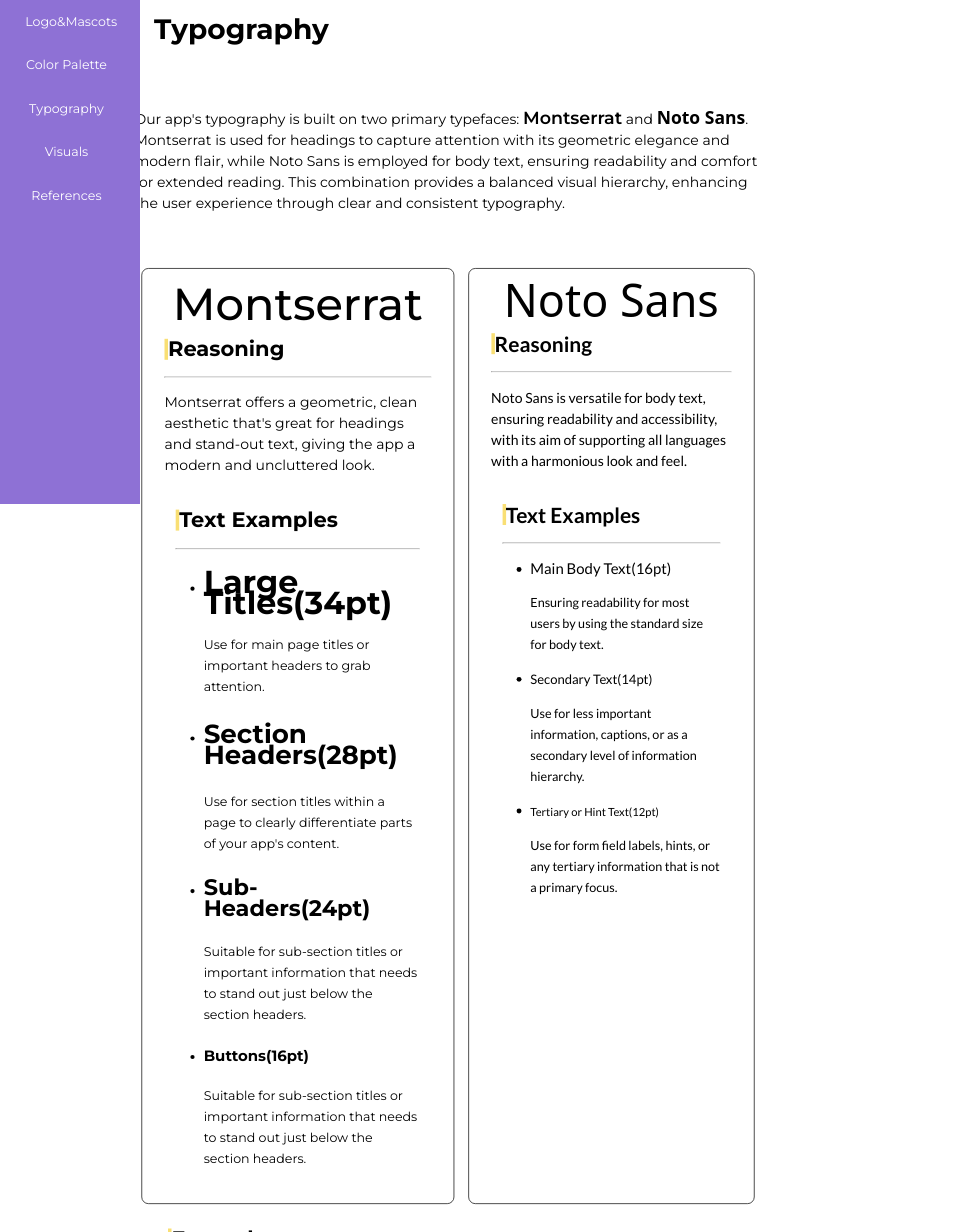
Repository: Irinalimm/PocketProfs-A5Styleguide
Page: pages/typography.html
These files come from the project's save history. The page is drawn as it stood at one moment and after the next save; the edit follows.
The browser window is 1280 px wide. The page is 1280 px wide, then 1380 px, so the pictures cover 1380 px, including what lies to the right of the window. The pictures show the part of the page from y = 0 to 1760 px (the page is 2530 px tall), at 70% of full size.
Some web libraries are served in a nearby version.

Above is the page before, as saved 2024-04-10 22:49:59.

### pages/typography.html
<!DOCTYPE html>
<html lang="en">

<head>
  <meta charset="UTF-8">
  <meta name="viewport" content="width=device-width, initial-scale=1.0">
  <link rel="icon" type="image/x-icon" href="/img/OSCAR-THE-OTTER_LOGO-FAVICON-48x48.ico">
  <link rel="stylesheet" href="/css/typography.css">
  <link rel="preconnect" href="https://fonts.googleapis.com">
  <link rel="preconnect" href="https://fonts.gstatic.com" crossorigin>
  <link href="https://fonts.googleapis.com/css2?family=Montserrat:ital,wght@0,100..900;1,100..900&display=swap"
    rel="stylesheet">
    <link rel="preconnect" href="https://fonts.googleapis.com">
<link rel="preconnect" href="https://fonts.gstatic.com" crossorigin>
<link href="https://fonts.googleapis.com/css2?family=Lato:ital,wght@0,100;0,300;0,400;0,700;0,900;1,100;1,300;1,400;1,700;1,900&display=swap" rel="stylesheet">
  <title>Typography</title>
</head>

<body>
  <div class="sidenav button-effect">
    <div class="link-container">
      <a class="effect effect-4" href="home.html">Logo&Mascots</a>
      <a class="effect effect-4" href="colour.html">Color Palette</a>
      <a class="effect effect-4" href="typography.html">Typography</a>
      <a class="effect effect-4" href="visuals.html">Visuals</a>
      <a class="effect effect-4" href="references.html">References</a>
    </div>
  </div>

  <div class="content">
    <h1 class="header">Typography</h1>
  </div>

  <div class="typography-container">
    <div class="description">
    <p>Our app's typography is built on two primary typefaces: <span class="montserrat">Montserrat</span> and <span class="noto">Noto Sans</span>. <br/>
      Montserrat is used for headings to capture attention with its geometric elegance and modern flair, while Noto Sans is employed for body text, ensuring readability and comfort for extended reading. This combination provides a balanced visual hierarchy, enhancing the user experience through clear and consistent typography.</p>
    </div>
    <div class="two-blocks">
    <div class="container">
        <h3 class="font-header">Montserrat</h3>
      <div class="container-text">
        <div className="reasoning"><h2>Reasoning</h2></div>
        <hr/>
        <p> Montserrat offers a geometric, clean aesthetic that's great for headings and stand-out text, giving the app a modern and uncluttered look.</p>
      </div>
      <div class="example-content">
        <div class="sample-text">
          <h2>Text Examples</h2>
          <hr/>
          <div class="header-text">
            <ul>
              <li>
                <h1 style="font-size: 34pt; font-weight: bold">Large Titles(34pt)</h1>
              <p style="font-size: 18px;font-weight:400">Use for main page titles or important headers to grab attention.
              </p>
            </li>
              <li>
                <h3 style="font-size: 28pt; font-weight: bold" >Section Headers(28pt)</h3>
              <p style="font-size: 18px;font-weight:400">Use for section titles within a page to clearly differentiate parts of your app's content.</p>
            </li>
              <li><h3 style="font-size: 24pt; font-weight: bold">Sub-Headers(24pt)</h3>
                <p style="font-size: 18px;font-weight:400">Suitable for sub-section titles or important information that needs to stand out just below the section headers.</p>
              </li>
              <li><h4 style="font-size: 16pt; font-weight: semi-bold">Buttons(16pt)</h3>
                <p style="font-size: 18px;font-weight:400">Suitable for sub-section titles or important information that needs to stand out just below the section headers.</p>
              </li>
            </ul>
          </div>
        </div>
      </div>
    </div>
    <div class="container">
        <h3 class="font-header2">Noto Sans</h3>
      <div class="container-text">
        <div className="reasoning"><h2>Reasoning</h2>
        <hr/></div>
        <p>Noto Sans is versatile for body text, ensuring readability and accessibility,  with its aim of supporting all languages with a harmonious look and feel.</p>
      </div>
      <div class="example-content">
        <div class="sample-text">
          <h2 className="heading">Text Examples</h2>
          <hr/>
          <div class="header-text">
            <ul>
              <li>
                <h1 style="font-size: 16pt; font-weight: 400">Main Body Text(16pt)</h1>
              <p style="font-size: 18px;font-weight:400">Ensuring readability for most users by using the standard size for body text.</p>
            </li>
              <li>
                <h3 style="font-size: 14pt; font-weight: 400;" >Secondary Text(14pt)</h3>
              <p style="font-size: 18px;font-weight:400">Use for less important information, captions, or as a secondary level of information hierarchy.</p>
            </li>
              <li><h3 style="font-size: 12pt; font-weight: 400">Tertiary or Hint Text(12pt)</h3>
                <p style="font-size: 18px;font-weight:400">Use for form field labels, hints, or any tertiary information that is not a primary focus.</p>
              </li>
            </ul>
          </div>
        </div>
      </div>
    </div>
  </div>
  <div class="component-examples">
    <div className="heading"><h2>Examples</h2><hr class="break"/></div>
    <div className="example-box">
      <img src='/img/examples.png' alt="Usage Examples" class="examples"/>
    </div>
  </div>

  <div class="background-circles">
    <div class="circle circle-1"></div>
    <div class="circle circle-2"></div>
  </div>

  <footer></footer>
  <script src="https://kit.fontawesome.com/d1051c85c7.js" crossorigin="anonymous"></script>
</body>

</html>

### css/typography.css
* {
  box-sizing: border-box;
}

body {
  margin: 0;
  font-family: "Montserrat", sans-serif;
  font-size: 20px;
  line-height: 30px;
  display: flex;
  flex-direction: column;
  animation: 1s ease-out 0s 1 slideInFromLeft;
}

h2{
  border-left: 5px solid #f9df74;
  margin: 0, 1.5rem;
}
/* Style the side navigation */
.sidenav {
  height: 100%;
  width: 200px;
  position: fixed;
  z-index: 1;
  top: 0;
  left: 0;
  background-color: rgb(142,113,213);
  overflow-x: hidden;
  animation: 1s ease-out 0s 1 slideInFromLeft;
}

.heading{
margin: 2rem;
}

/* Side navigation links */
.sidenav a {
  color: white;
  padding: 16px;
  text-decoration: none;
  display: block;
  margin-left: 20px;
}

/* Change color on hover */
.sidenav a:hover {
  background-color: rgb(180,158,244);
  color: black;
}

/* Style the content */
.content {
  margin-left: 200px;
  padding-left: 20px;

}

.rubrik {
  text-align: left;
  margin-left: 200px;
  padding-left: 20px;
}

.container {
    display:inline-block;
    flex-direction: column;
    border-radius: 10px;
    border: 1px solid black;
    margin:10px;
}

.reasoning{
  border-left: black solid 2px;
}

.container-text{
  margin:2rem;
}

.container:nth-child(2){
  font-family: "Lato", "sans-serif";
}

.button:nth-child(2){
  font-family: "Lato", sans-serif;
  font-weight: 300;
}

.example-content{
  margin: 3rem;
}

.typography-container{
  display: flex;
  flex-direction: column ;
}

.description{
  margin: 3rem;
  font-size: 20px;
  width: 70%;
  align-self: center;
}

.two-blocks{
  display: flex;
  align-self: center;
  flex-direction: row;
  width:70%;
}

.font-header{
  font-size: 64px;
  text-align: center;
  margin:35px;
  font-family: "Montserrat", "sans-serif";
  font-weight: 500;
}
.font-header2{
  font-family: "Noto Sans", "sans-serif";
  font-size: 64px;
  text-align: center;
  margin:30px;
  font-weight: 300;
  font-weight: 500;
}
.lato-thin {
  font-family: "Noto Sans", sans-serif;
  font-weight: 100;
  font-style: normal;
}

.lato-light {
  font-family: "Noto Sans", sans-serif;
  font-weight: 300;
  font-style: normal;
}

.lato-regular {
  font-family: "Noto Sans", sans-serif;
  font-weight: 400;
  font-style: normal;
}

.lato-bold {
  font-family: "Lato", sans-serif;
  font-weight: 700;
  font-style: normal;
}

.lato-black {
  font-family: "Lato", sans-serif;
  font-weight: 900;
  font-style: normal;
}

.lato-thin-italic {
  font-family: "Lato", sans-serif;
  font-weight: 100;
  font-style: italic;
}

.lato-light-italic {
  font-family: "Noto Sans", sans-serif;
  font-weight: 300;
  font-style: italic;
}

.lato-regular-italic {
  font-family: "Noto Sans", sans-serif;
  font-weight: 400;
  font-style: italic;
}

.lato-bold-italic {
  font-family: "Noto Sans", sans-serif;
  font-weight: 700;
  font-style: italic;
}

.lato-black-italic {
  font-family: "Noto Sans", sans-serif;
  font-weight: 900;
  font-style: italic;
}

.noto{
  font-size: 25px;
  font-family: "Noto Sans", sans-serif;
  font-weight: 600;
}

.montserrat{
  font-size: 25px;
  font-weight: 600;
}

.button1{
  font-size: 16px;
  font-weight: 200;
  letter-spacing: 1px;
  padding: 13px 20px 13px;
  outline: 0;
  border: 1px solid black;
  cursor: pointer;
  position: relative;
  background-color: rgba(0, 0, 0, 0);
  user-select: none;
  -webkit-user-select: none;
  touch-action: manipulation;
}

.button1:after {
  content: "";
  background-color: #ffe54c;
  width: 100%;
  z-index: -1;
  position: absolute;
  height: 100%;
  top: 7px;
  left: 7px;
  transition: 0.2s;
}

.button1:hover:after {
  top: 0px;
  left: 0px;
}

.example-screen{
  width: 430px;
  height: 932px;
  border-left: black solid 0.5px;
}

.component-examples{
  display: flex;
  flex-direction: column;
  align-self: center;
  font-family: "Montserrat", "sans-serif";
}

.example-box{
  display: flex;
width: 100%;
}

.examples{
  width: 40em;
}



@media (min-width: 768px) {
  .button {
    padding: 13px 50px 13px;
  }
}

.effect {
  text-align: center;
  display: inline-block;
  position: relative;
  text-decoration: none;
  color: orange;
  text-transform: capitalize;
  /* background-color: - add your own background-color */
  font-family: 'Montserrat', sans-serif; /* put your font-family */
  font-size: 18px;
  padding: 20px 0px;
  width: 150px;
  border-radius: 10px;
  overflow: hidden;
}

.effect.effect-4 {
  transition: all 0.5s linear 0s;
  animation: fadeIn 2s ;
}

.effect.effect-4:before {
  content: "\f178";
  font-family: FontAwesome;
  display: flex;
  align-items: center;
  justify-content: center;
  position: absolute;
  top: 0;
  left: 0px;
  width: 100%;
  height: 100%;
  text-align: center;
  font-size: 30px;
  transform: scale(0,3);
  transition: all 0.1s linear 0s;
}

.effect.effect-4:hover {
  text-indent: -9999px;
}

.effect.effect-4:hover:before {
  transform: scale(1,1);
  text-indent: 0;
}



@keyframes fadeIn {
  from {
    opacity: 0;
  }
  to {
    opacity: 1;
  }
}

@keyframes slideInFromLeft {
  0% {
    transform: translateX(-100%);
  }
  100% {
    transform: translateX(0);
  }
}

After the next save:
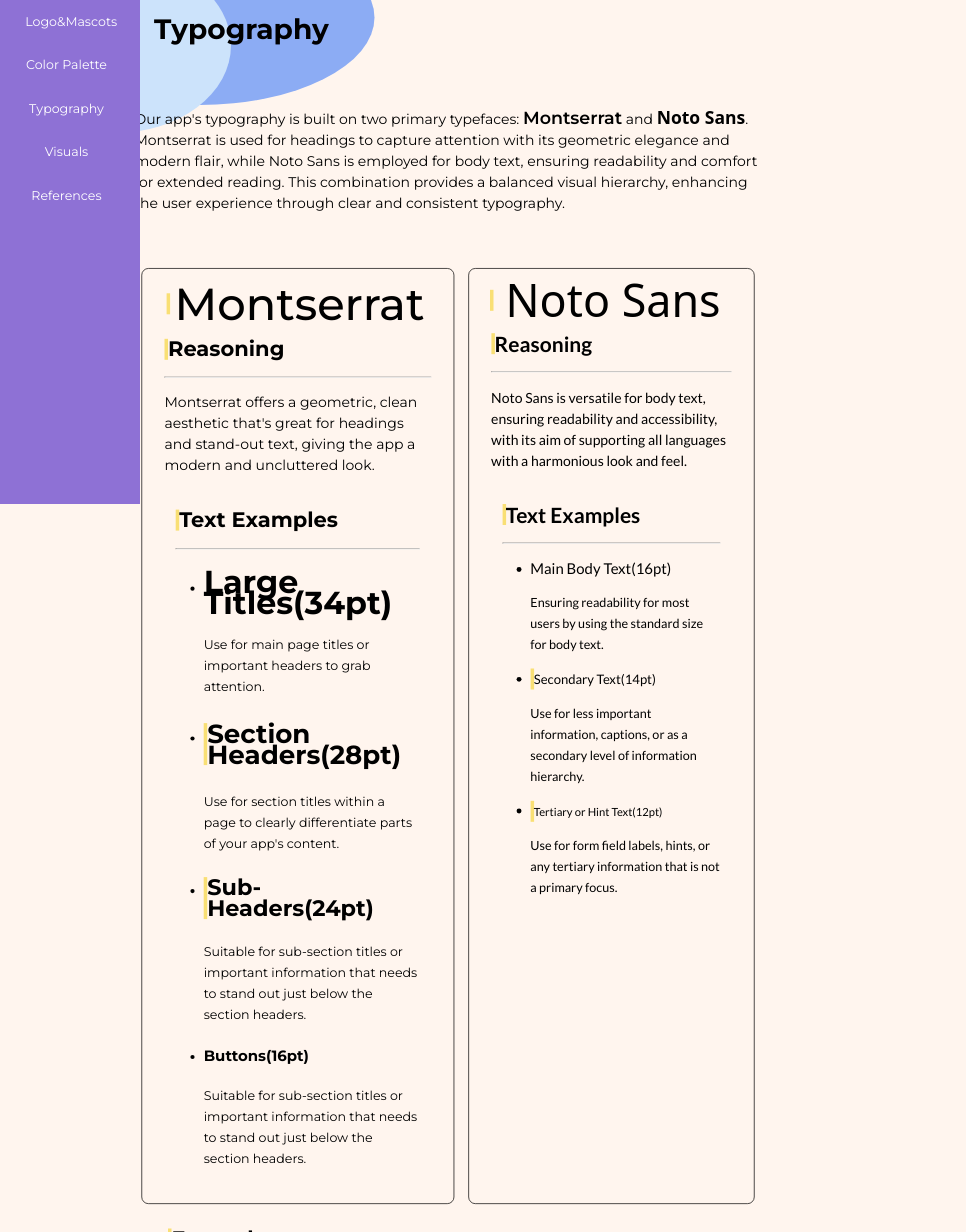
Saved 52 s later.
--- a/css/typography.css
+++ b/css/typography.css
@@ -10,9 +10,11 @@
   display: flex;
   flex-direction: column;
   animation: 1s ease-out 0s 1 slideInFromLeft;
-}
-
-h2{
+  background-color: #fff5ee;
+}
+
+h2,
+h3{
   border-left: 5px solid #f9df74;
   margin: 0, 1.5rem;
 }
@@ -247,6 +249,42 @@
 
 .examples{
   width: 40em;
+}
+
+.circle-content {
+  position: relative;
+  z-index: 1;
+  padding: 20px;
+}
+
+.background-circles {
+  position: absolute;
+  width: 100%;
+  height: 100%;
+  z-index: -999;
+  left:100px;
+  bottom:300px
+}
+
+.circle {
+  position: absolute;
+  border-radius: 50%;
+}
+
+.circle-1 {
+  background-color: #8CACF4;
+  width: 500px;
+  height: 250px;
+  margin-top: 200px;
+  margin-left: -65px;
+}
+
+.circle-2 {
+  background-color: #CCE3FB;
+  width: 330px;
+  height: 250px;
+  margin-top: 240px;
+  margin-left: -100px;
 }
 
 
